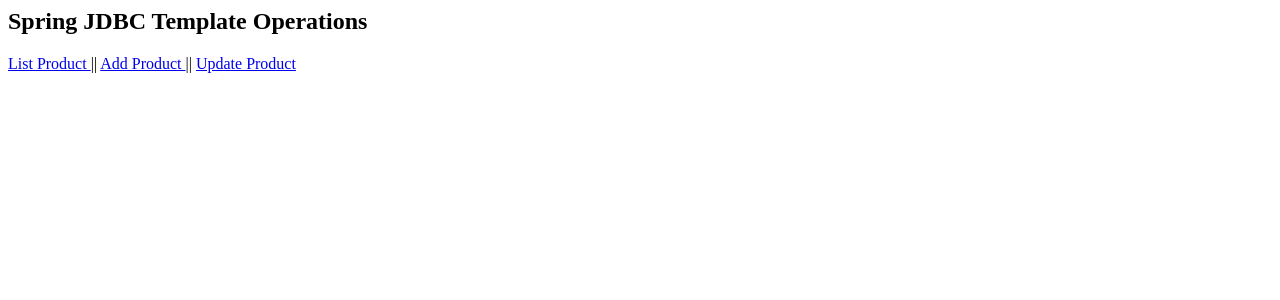
Repository: AnushkaSharma9/Make-an-E-commerce-Website-For-SportyShoes-sportyshoes
Page: http://localhost/phase3-Project-SportyShoes-Webappplication/index2.jsp
An editor plug-in stored every save of this project. The page is shown before and after the next save, followed by the edit.
The browser window is 1280 px wide. The pictures show the whole page.
The page is served by Tomcat 9. Nobody is signed in. The application's start-up code is not run. Other server files are loaded and not shown.

Above is the page before, as saved 2021-10-25 09:08:50.

### phase3-Project-SportyShoes-Webappplication/src/main/webapp/index2.jsp
<html>
<body>
	<h2>Spring JDBC Template Operations</h2>
	<a href="list-products"> List Product </a> ||
	<a href="add-product"> Add Product </a>  ||
	<a href="update-product"> Update Product </a>


	<br><br><br>
</body>
</html>

After the next save:
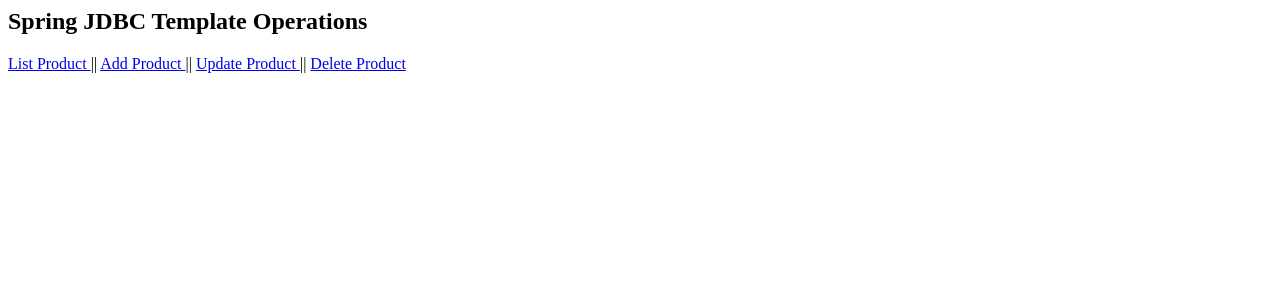
Saved 29 s later.
--- a/phase3-Project-SportyShoes-Webappplication/src/main/webapp/index2.jsp
+++ b/phase3-Project-SportyShoes-Webappplication/src/main/webapp/index2.jsp
@@ -3,7 +3,8 @@
 	<h2>Spring JDBC Template Operations</h2>
 	<a href="list-products"> List Product </a> ||
 	<a href="add-product"> Add Product </a>  ||
-	<a href="update-product"> Update Product </a>
+	<a href="update-product"> Update Product </a>||
+   	<a href="delete-product"> Delete Product </a>
 
 
 	<br><br><br>
